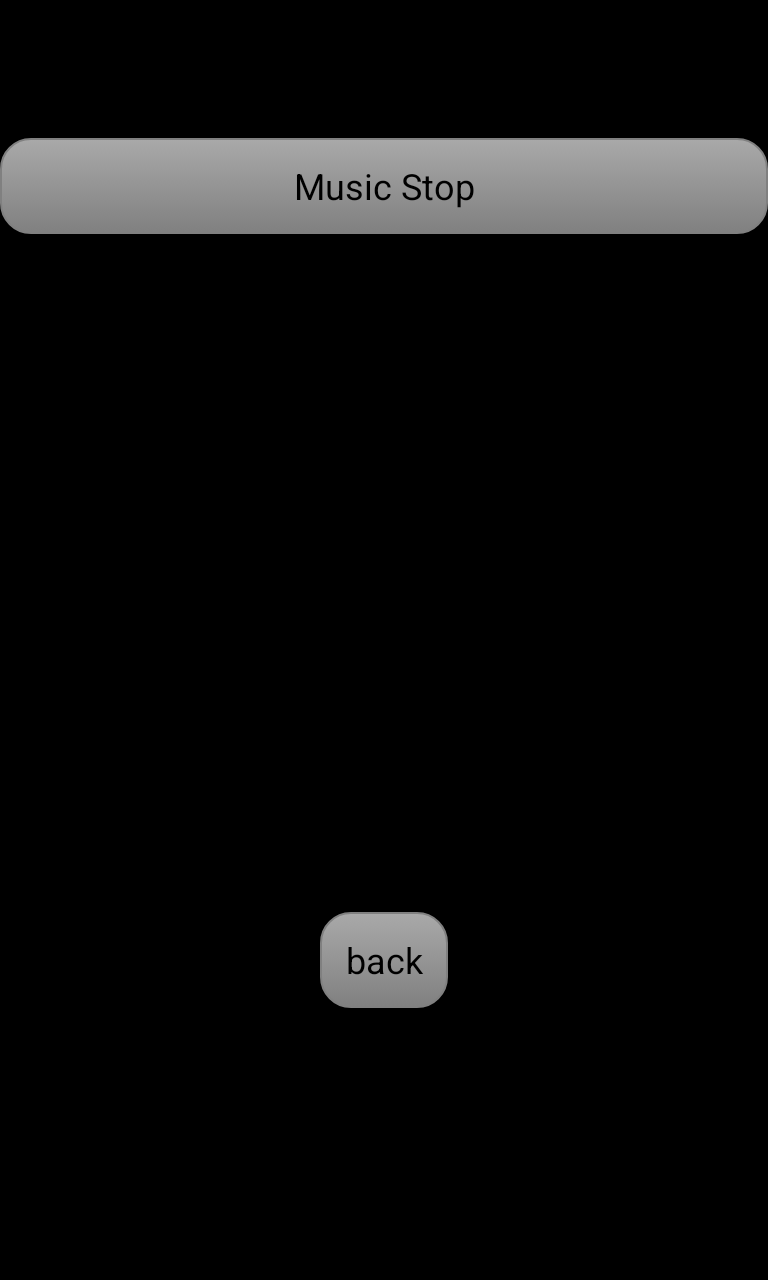
Repository: SatomiK/workspace
Layout: Alarm main/res/layout/sound_setup.xml
The author's editor kept a copy of each file at every save. The layout is drawn from the files as they stood at one save, then again after the next save.
It is drawn on a 768 x 1280 px phone screen (xhdpi) without system bars, with theme AppTheme; the app's code is not run.

Above is the layout before, as saved 2013-02-06 07:08:01.

### Alarm main/res/layout/sound_setup.xml
<RelativeLayout xmlns:android="http://schemas.android.com/apk/res/android"
    xmlns:tools="http://schemas.android.com/tools"
    android:layout_width="match_parent"
    android:layout_height="match_parent"
    android:background="@color/black" >

    <Button
        android:id="@+id/button1"
        android:layout_width="wrap_content"
        android:layout_height="wrap_content"
        android:layout_alignParentLeft="true"
        android:layout_alignParentRight="true"
        android:layout_alignParentTop="true"
        android:layout_marginTop="69dp"
        android:text="Music Stop"
        android:background="@drawable/clock_main" />

    <Button
        android:id="@+id/button2"
        android:layout_width="wrap_content"
        android:layout_height="wrap_content"
        android:layout_alignParentBottom="true"
        android:layout_centerHorizontal="true"
        android:layout_marginBottom="136dp"
        android:onClick="switchActivity"
        android:text="back"
        android:background="@drawable/clock_main" />

</RelativeLayout>

### Alarm main/res/values/color.xml
<?xml version="1.0" encoding="utf-8"?>
<resources>
    <color name="pink">#FFC0CB</color>
    <color name="black">#000000</color>
    <color name="gray">#808080</color><color name="dimgray">#808080</color><color name="white">#FFFFFF</color>


    <color name="orange">#FFA500</color>
    <color name="yellow">#FFFF00</color>
    <color name="darkgray">#A9A9A9</color>

</resources>

### Alarm main/res/drawable/clock_main.xml
<?xml version="1.0" encoding="utf-8"?>
<selector xmlns:android="http://schemas.android.com/apk/res/android"
    android:shape="rectangle">
	<!-- ボタンが押されたときの定義 -->
    <item android:state_pressed="true">
        <shape android:shape="rectangle">
            <gradient
                android:startColor="@color/yellow"
                android:endColor="@color/orange"
                android:angle="90" />
            <stroke
                android:width="1dp"
                android:color="@color/dimgray"/>
            <corners
                android:radius="15dp" />
            <padding
               android:left="7dp"
               android:top="7dp"
               android:right="7dp"
               android:bottom="7dp"
               />

        </shape>
    </item>

	<!-- ボタンが押されていないときの定義 -->
    <item android:state_pressed="false">
        <shape android:shape="rectangle">
            <gradient
                android:startColor="@color/dimgray"
                android:endColor="@color/darkgray"
                android:angle="90" />
            <corners
                android:radius="15dp"
               />
            <stroke
                android:width="1dp"
                android:color="@color/dimgray" />
            <padding
               android:left="7dp"
               android:top="7dp"
               android:right="7dp"
               android:bottom="7dp"
               />
        </shape>
    </item>
    </selector>

Loaded but not shown: Alarm main/res/values-v11/styles.xml (common file); Alarm main/res/values-v14/styles.xml (common file); Alarm main/res/values/styles.xml (common file)

After the next save:
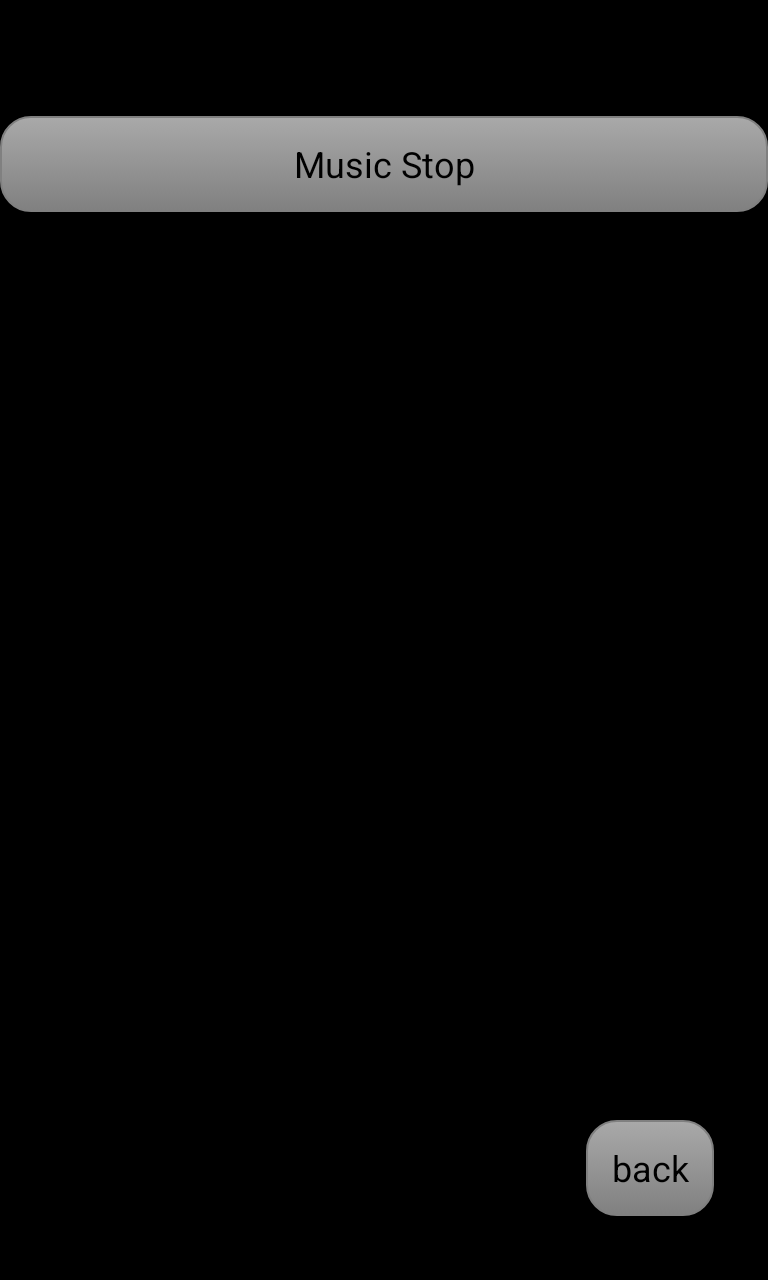
Saved 2 min 0 s later.
--- a/Alarm main/res/layout/sound_setup.xml
+++ b/Alarm main/res/layout/sound_setup.xml
@@ -11,19 +11,20 @@
         android:layout_alignParentLeft="true"
         android:layout_alignParentRight="true"
         android:layout_alignParentTop="true"
-        android:layout_marginTop="69dp"
-        android:text="Music Stop"
-        android:background="@drawable/clock_main" />
+        android:layout_marginTop="58dp"
+        android:background="@drawable/clock_main"
+        android:text="Music Stop" />
 
     <Button
         android:id="@+id/button2"
         android:layout_width="wrap_content"
         android:layout_height="wrap_content"
         android:layout_alignParentBottom="true"
-        android:layout_centerHorizontal="true"
-        android:layout_marginBottom="136dp"
+        android:layout_alignParentRight="true"
+        android:layout_marginBottom="32dp"
+        android:layout_marginRight="27dp"
+        android:background="@drawable/clock_main"
         android:onClick="switchActivity"
-        android:text="back"
-        android:background="@drawable/clock_main" />
+        android:text="back" />
 
 </RelativeLayout>
